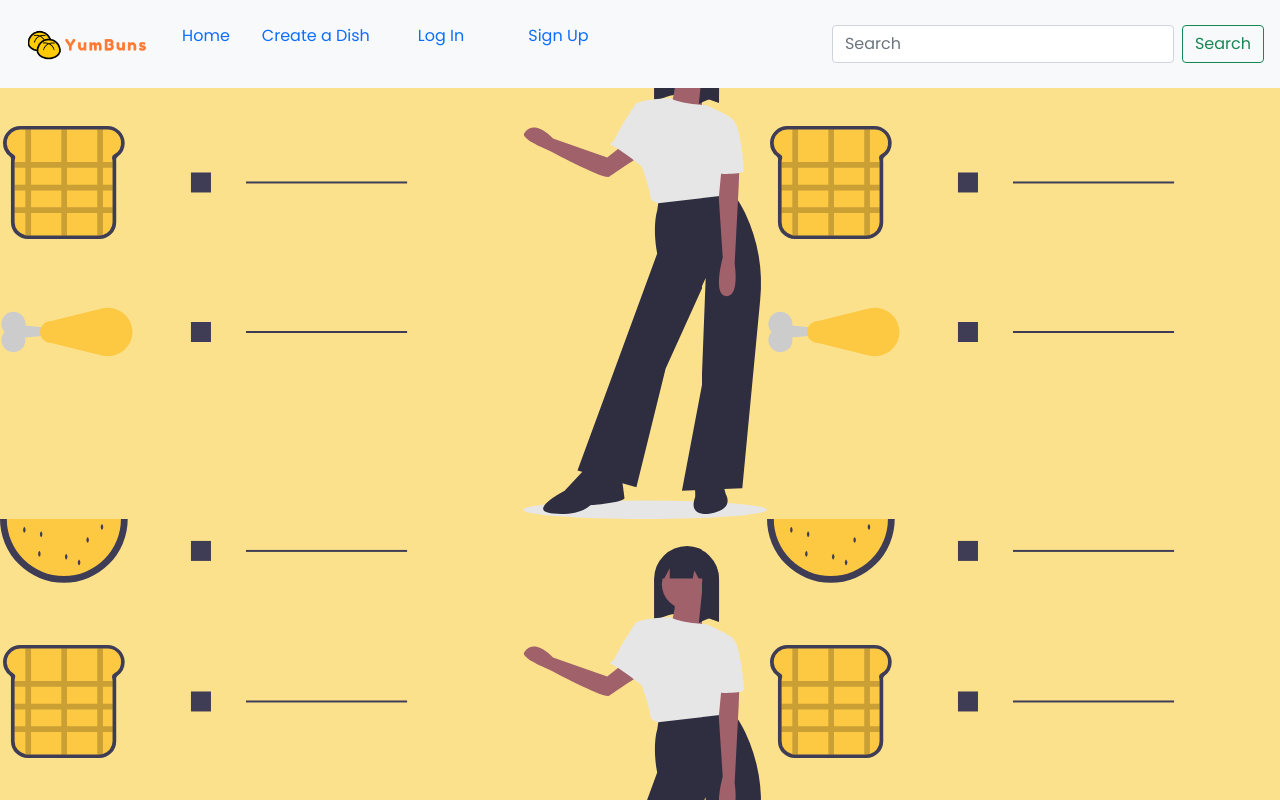
Repository: mottad14/yumBuns
Page: /account (app in client/)
An editor plug-in stored every save of this project. The page is shown before and after the next save, followed by the edit.
The browser window is 1280 px wide. The pictures show the whole page.
Some web fonts or font styles are not loaded; a fallback is used. The project was rebuilt for these pictures with package versions that can differ from the ones it lists, and the page was loaded fresh each time. Also part of the build but not shown: client/src/components/RecipePreview.js, client/src/views/Main.js, client/src/views/Login.js, client/src/views/NewAccount.js, client/src/views/Create.js, client/src/views/Recipe.js, client/src/components/SubscribePop.css, client/src/components/SignUp.jsx and 1 more.

Above is the page before, as saved 2022-07-30 13:59:15.

After the next save:
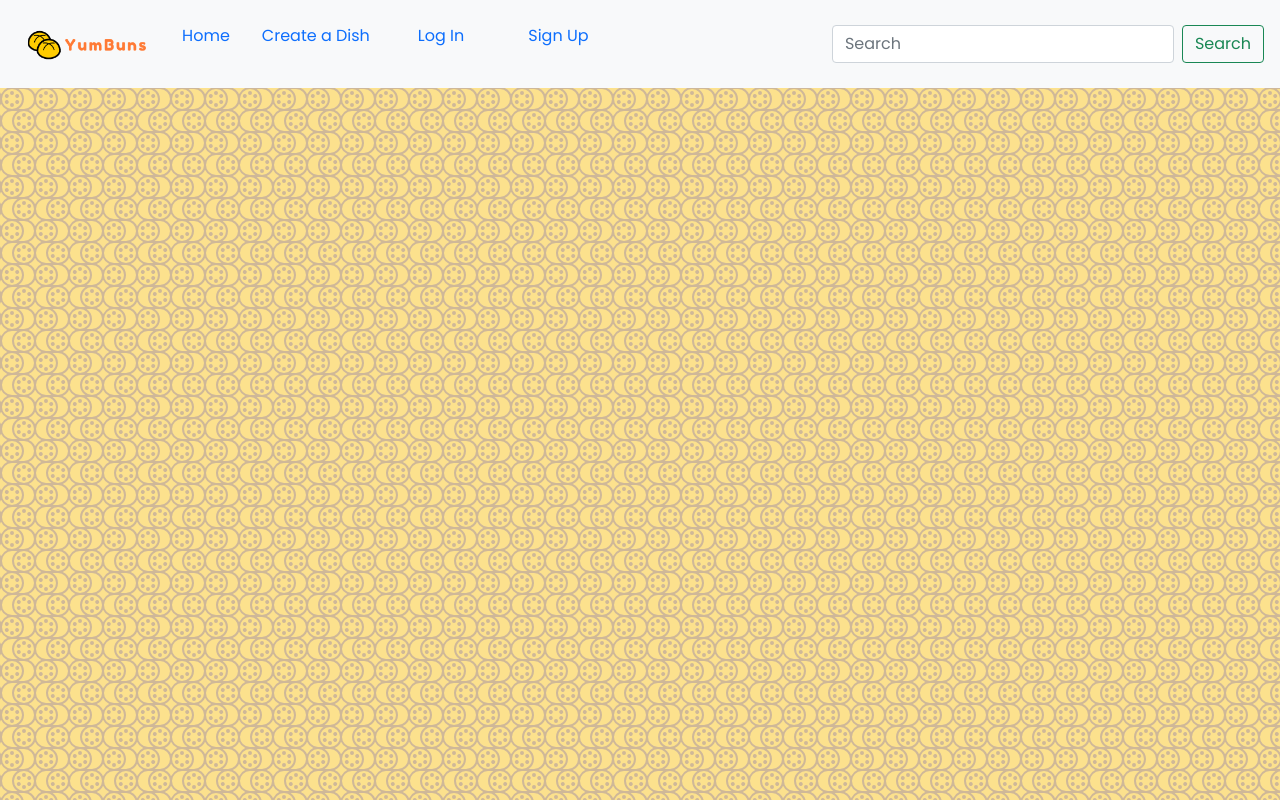
Saved 23 s later.
--- a/client/src/App.js
+++ b/client/src/App.js
@@ -27,7 +27,7 @@
 
   return (
 
-    <div className="App" style={{ backgroundImage: `url(${eating})` }} >
+    <div className="App" >
       <div >
 
           <div className="">
